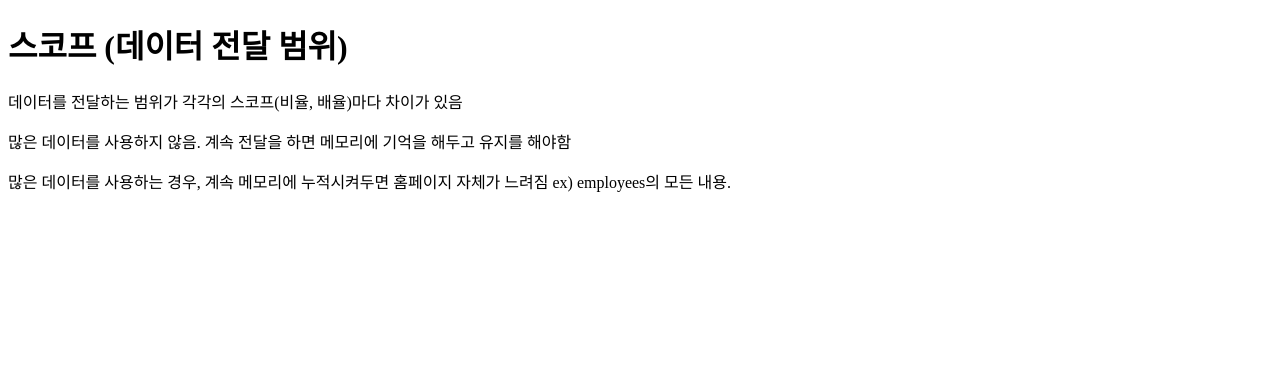
Repository: joeunpyeong/javaA
Page: http://localhost/04.Implicit/Ex01_Request/Ex04_Scope.jsp
An editor plug-in stored every save of this project. The page is shown before and after the next save, followed by the edit.
The browser window is 1280 px wide. The pictures show the whole page.
The page is served by Tomcat 9.

Above is the page before, as saved 2023-05-22 03:24:59.

### 04.Implicit/src/main/webapp/Ex01_Request/Ex04_Scope.jsp
<%@ page language="java" contentType="text/html; charset=UTF-8"
    pageEncoding="UTF-8"%>
<!DOCTYPE html>
<html>
<head>
<meta charset="UTF-8">
<title>Insert title here</title>
</head>
<body>
	<h1>스코프 (데이터 전달 범위)</h1>
	<p>데이터를 전달하는 범위가 각각의 스코프(비율, 배율)마다 차이가 있음</p>
	<p>많은 데이터를 사용하지 않음. 계속 전달을 하면 메모리에 기억을 해두고 유지를 해야함</p>
	<p>많은 데이터를 사용하는 경우, 계속 메모리에 누적시켜두면 홈페이지 자체가 느려짐 ex) employees의 모든 내용.</p>

</body>
</html>

After the next save:
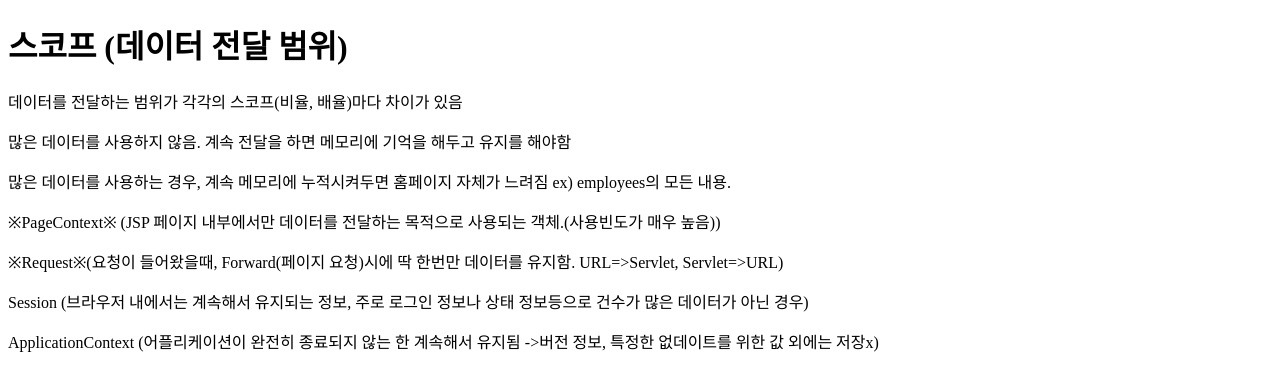
Saved 3 min 29 s later.
--- a/04.Implicit/src/main/webapp/Ex01_Request/Ex04_Scope.jsp
+++ b/04.Implicit/src/main/webapp/Ex01_Request/Ex04_Scope.jsp
@@ -11,6 +11,11 @@
 	<p>데이터를 전달하는 범위가 각각의 스코프(비율, 배율)마다 차이가 있음</p>
 	<p>많은 데이터를 사용하지 않음. 계속 전달을 하면 메모리에 기억을 해두고 유지를 해야함</p>
 	<p>많은 데이터를 사용하는 경우, 계속 메모리에 누적시켜두면 홈페이지 자체가 느려짐 ex) employees의 모든 내용.</p>
+	<p>※PageContext※ (JSP 페이지 내부에서만 데이터를 전달하는 목적으로 사용되는 객체.(사용빈도가 매우 높음))</p>
+	<p>※Request※(요청이 들어왔을때, Forward(페이지 요청)시에 딱 한번만 데이터를 유지함. URL=>Servlet, Servlet=>URL)</p>
+	<p>Session (브라우저 내에서는 계속해서 유지되는 정보, 주로 로그인 정보나 상태 정보등으로 건수가 많은 데이터가 아닌 경우)</p>
+	<p>ApplicationContext (어플리케이션이 완전히 종료되지 않는 한 계속해서 유지됨 ->버전 정보, 특정한 없데이트를 위한 값 외에는 저장x)</p>
+
 
 </body>
 </html>
